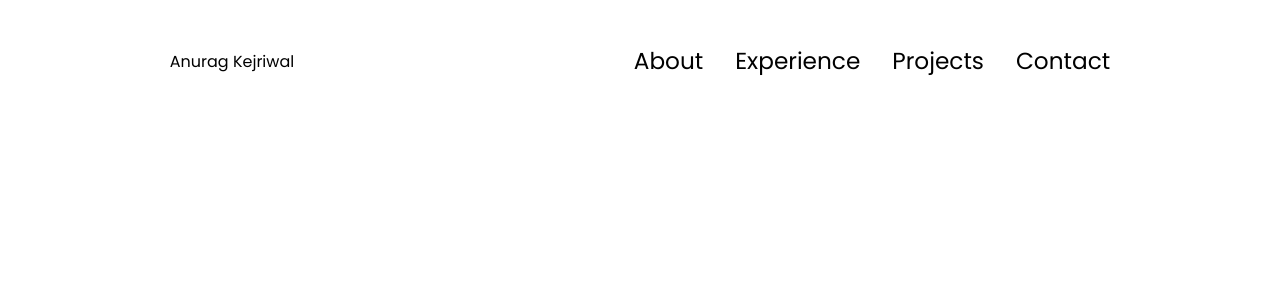
Repository: anuragkej/OldPortfolio
Page: index.html
The author's editor kept a copy of each file at every save. The page is drawn from the files as they stood at one save, then again after the next save.
The browser window is 1280 px wide. The pictures show the whole page.

Above is the page before, as saved 2024-05-25 20:21:40.

After the next save:
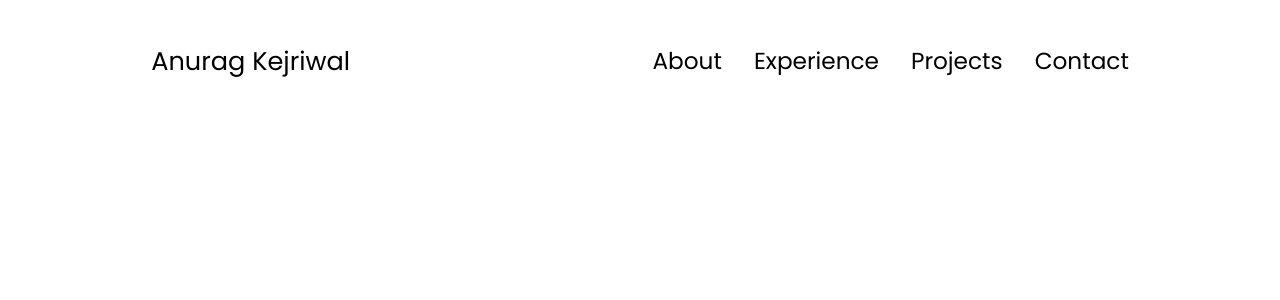
Saved 25 s later.
--- a/style.css
+++ b/style.css
@@ -57,3 +57,7 @@
     text-underline-offset: 0.7rem;
     text-decoration-color: rgb(181, 181, 181);
 }
+
+.logo{
+    font-size: 1.6rem
+}
